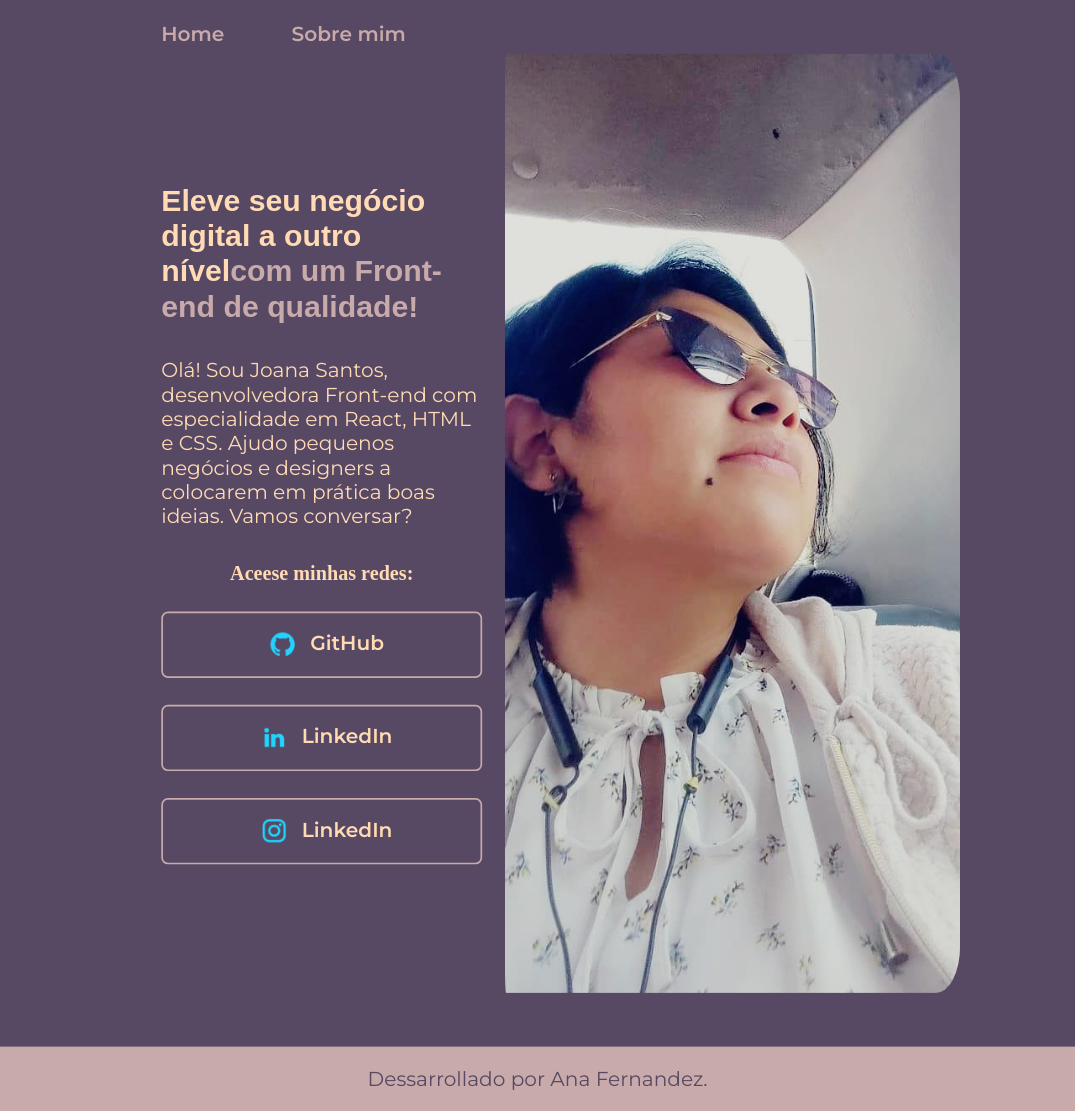
Repository: AnaFzCz/Portifolio-HTML-CSS-dinamico
Page: index.html
These files come from the project's save history. The page is drawn as it stood at one moment and after the next save; the edit follows.
The browser window is 1280 px wide. The pictures show the whole page, at 84% of full size.
Some web fonts or font styles are not loaded; a fallback is used.

Above is the page before, as saved 2025-02-10 23:00:21.

### index.html
<!DOCTYPE html>
<html lang="pt-br">

<head>
    <meta charset="UTF-8">
    <meta http-equiv="X-UA-Compatible" content="IE=edge">
    <meta name="viewport" content="width=device-width, initial-scale=1.0">
    <title>Portifolio</title>
    <link rel="stylesheet" href="./styles/style.css">
</head>


<body>
    <header class="cabecalho">
        <nav class="cabecalho__menu">
            <a class="cabecalho__menu__link" href="index.html">Home</a>
            <a class="cabecalho__menu__link" href="about.html">Sobre mim</a>
        </nav>
    </header>
    <main class="apresentacao">
        <section class="apresentacao__conteudo">
            <h1 class="apresentacao__conteudo__titulo">Eleve seu negócio digital a outro nível<strong
                    class="titulo-destaque">com um Front-end de qualidade!
                </strong></h1>
            <p class="apresentacao__conteudo__texto">Olá! Sou Joana Santos, desenvolvedora
                Front-end com especialidade em React, HTML e
                CSS. Ajudo pequenos negócios e designers a
                colocarem em prática boas ideias. Vamos
                conversar?</p>
            <div class="apresentacao__links">
                <h2 class="apresentacao__links_subtitulo">Aceese minhas redes:</h2>
                <a class="apresentacao__links__link" href="https://github.com/AnaFzCz">
                    <img src="/assets/github.png">
                    GitHub</a>
                <a class="apresentacao__links__link" href="https://linkdIn.com/in/ana-fernandez-cruz-238787124">
                    <img src="/assets/linkedin.png">
                    LinkedIn</a>
                <a class="apresentacao__links__link" href="https://instagram.com/anafzcz">
                    <img src="/assets/instagram.png">
                    LinkedIn</a>

            </div>

        </section>
        <img src="/assets/Imagen-Ana.jpg" alt="Foto da Joana Santos programando" >
    </main>
    <footer class="rodape">
        <p>
            Dessarrollado por Ana Fernandez.
        </p>
    </footer>
</body>

</html>

### styles/style.css
@import url('https://fonts.googleapis.com/css2?family=Krona+One&family=Montserrat:wght@400;600&display=swap');

:root {
    --cor-primaria: #574964;
    --cor-secundaria: #FFDAB3;
    --cor-terciaria: #C8AAAA;
    --cor-hover: #9F8383;
    --font-primaria: 'Krona One', sans-serif;
    --font-secundaria: 'Montserrat', sans-serif;

}

* {
    margin: 0;
    padding: 0;
}

body {
    /* height: 100vh; */
    box-sizing: border-box;
    background-color: var(--cor-primaria);
    color: var(--cor-secundaria);
}

.titulo-destaque {
    color: var(--cor-terciaria);
}

.cabecalho {
    background-color: var(--cor-primaria);
    padding: 2% 0% 0% 15%;
    position: fixed;

}

.cabecalho__menu {
    display: flex;
    gap: 80px;
    /* justify-content: center;
    align-items: center; */
}

.cabecalho__menu__link {
    font-size: 24px;
    font-family: var(--font-secundaria);
    color: var(--cor-terciaria);
    font-weight: 600;
    text-decoration: none;
}



/* .cabecalho__menu__link:hover {
    color: #007bff;
}



.cabecalho__menu__link {
    padding: 10px 15px;
} */

.apresentacao {
    padding: 5% 15%;
    display: flex;
    align-items: center;
    justify-content: space-between;
}

.apresentacao__conteudo {
    width: 615px;
    display: flex;
    flex-direction: column;
    gap: 40px;
}

.apresentacao__conteudo__titulo {
    font-size: 36px;
    font-family: var(--font-primaria);
}

.apresentacao__conteudo__texto {
    font-size: 24px;
    font-family: var(--font-secundaria);
}

.apresentacao__links {
    display: flex;
    flex-direction: column;
    justify-content: space-between;
    align-items: center;
    gap: 32px;
}

.apresentacao__links__subtitulo {
    font-family: 'Krona One', sans-serif;
    font-weight: 400;
    font-size: 24px;
}

.apresentacao__links__link {
    /* background-color: #22D4FD; */
    display: flex;
    justify-content: center;
    gap: 16px;
    border: 2px solid var(--cor-terciaria);
    width: 378px;
    text-align: center;
    border-radius: 8px;
    font-size: 24px;
    font-weight: 600;
    padding: 21.5px 0;
    text-decoration: none;
    color: var(--cor-secundaria);
    font-family: var(--font-secundaria);
}

.apresentacao__links__link:hover {
    cursor: pointer;
    background-color: var(--cor-hover);
    /* border: 2px solid #0000FF; */
}

ul {
    list-style: disc;
}

img {
    border-radius: 5%;
    padding-left: 3%;

}

.rodape {
    padding: 24px;
    color: var(--cor-primaria);
    background-color: var(--cor-terciaria);
    text-align: center;
    font-family: var(--font-secundaria);
    font-size: 24px;
    font-weight: 400;
}

After the next save:
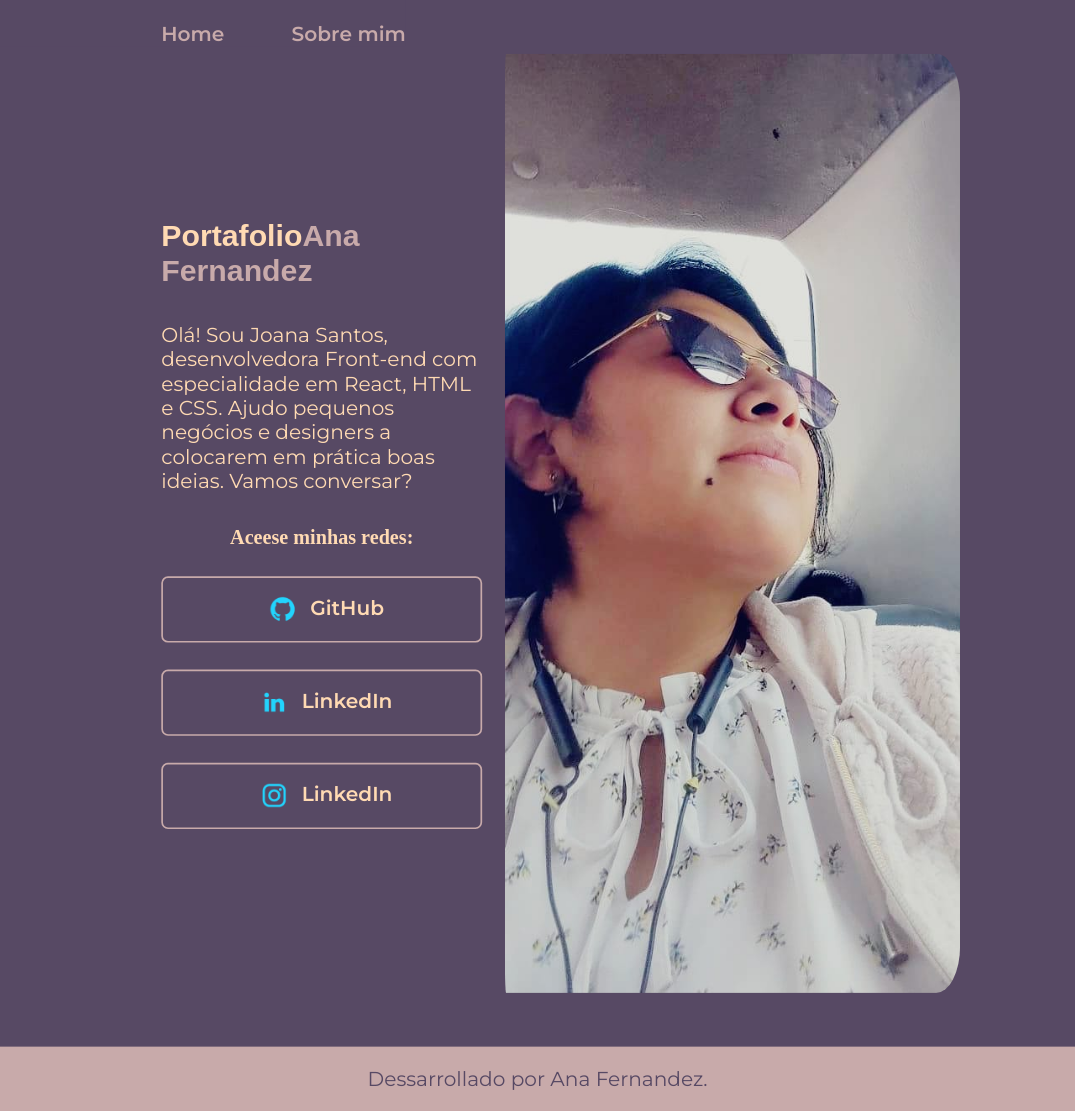
Saved 77 s later.
--- a/index.html
+++ b/index.html
@@ -19,8 +19,8 @@
     </header>
     <main class="apresentacao">
         <section class="apresentacao__conteudo">
-            <h1 class="apresentacao__conteudo__titulo">Eleve seu negócio digital a outro nível<strong
-                    class="titulo-destaque">com um Front-end de qualidade!
+            <h1 class="apresentacao__conteudo__titulo">Portafolio<strong
+                    class="titulo-destaque">Ana Fernandez
                 </strong></h1>
             <p class="apresentacao__conteudo__texto">Olá! Sou Joana Santos, desenvolvedora
                 Front-end com especialidade em React, HTML e
